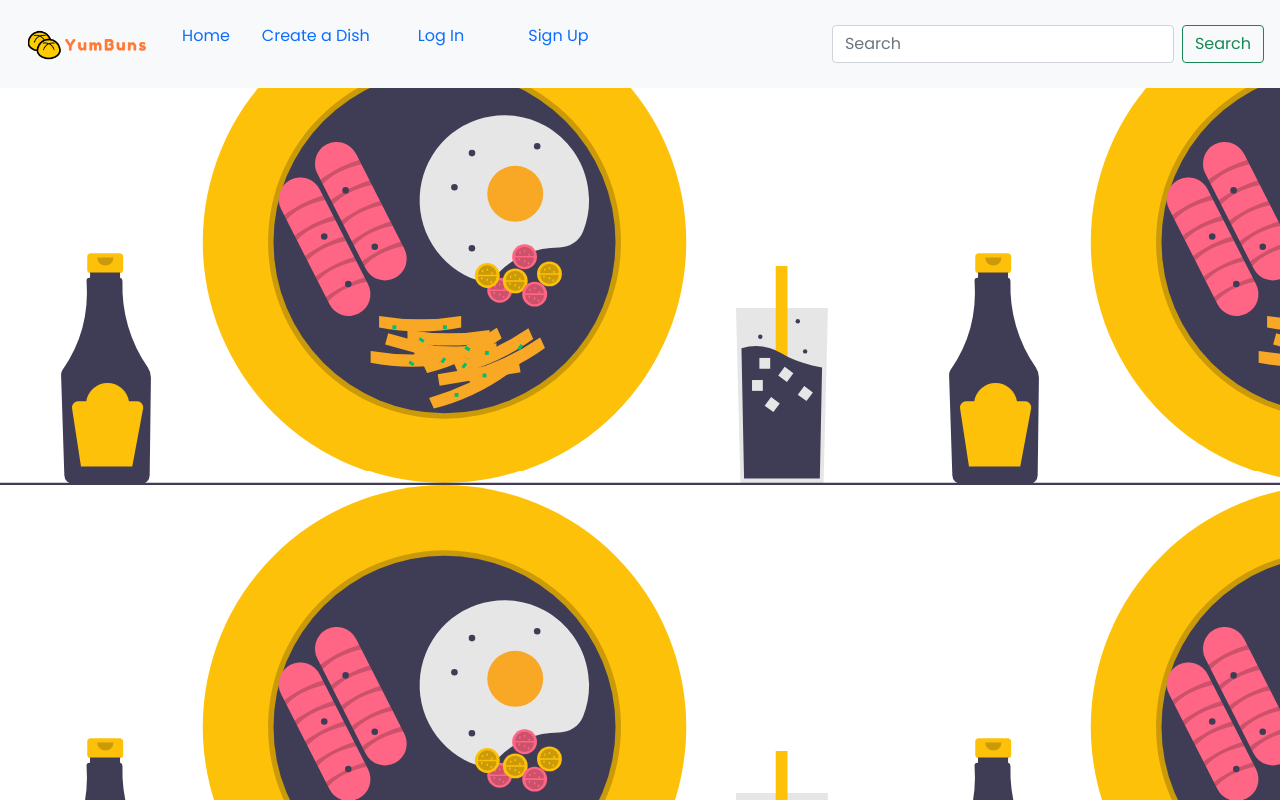
Repository: mottad14/yumBuns
Page: /account (app in client/)
The author's editor kept a copy of each file at every save. The page is drawn from the files as they stood at one save, then again after the next save.
The browser window is 1280 px wide. The pictures show the whole page.
Some web fonts or font styles are not loaded; a fallback is used. The project was rebuilt for these pictures with package versions that can differ from the ones it lists, and the page was loaded fresh each time. Also part of the build but not shown: client/src/components/RecipePreview.js, client/src/views/Main.js, client/src/views/Login.js, client/src/views/NewAccount.js, client/src/views/Create.js, client/src/views/Recipe.js, client/src/components/SubscribePop.css, client/src/components/SignUp.jsx and 1 more.

Above is the page before, as saved 2022-07-30 13:35:21.

After the next save:
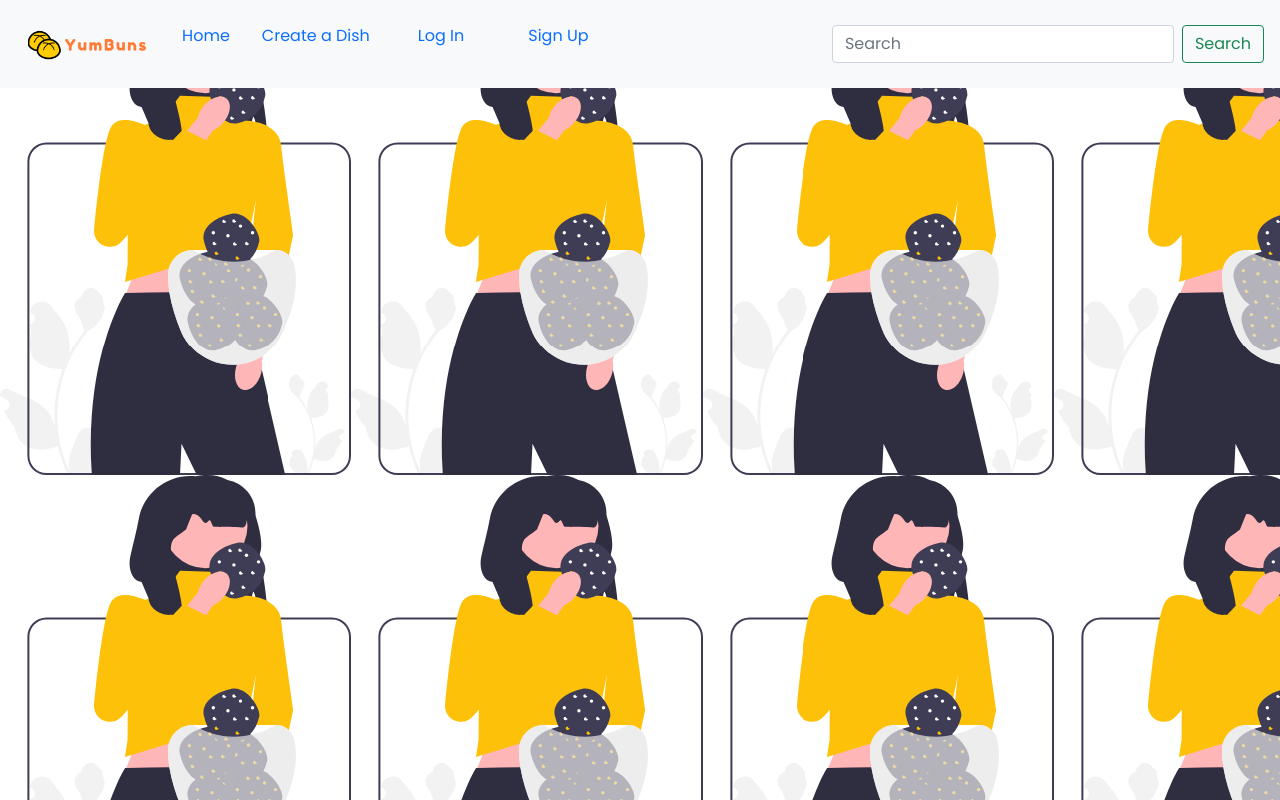
Saved 8 s later.
--- a/client/src/App.js
+++ b/client/src/App.js
@@ -11,7 +11,7 @@ import Recipe from './views/Recipe';
 import SubscribePop from './components/SubscribePop';
 import {useState, useEffect} from 'react'
 import { AuthContextProvider } from "./contexts/AuthContext";
-import eating from "./imgs/eating.svg"
+import eating from "./imgs/cookielove.svg"
 
 
 
